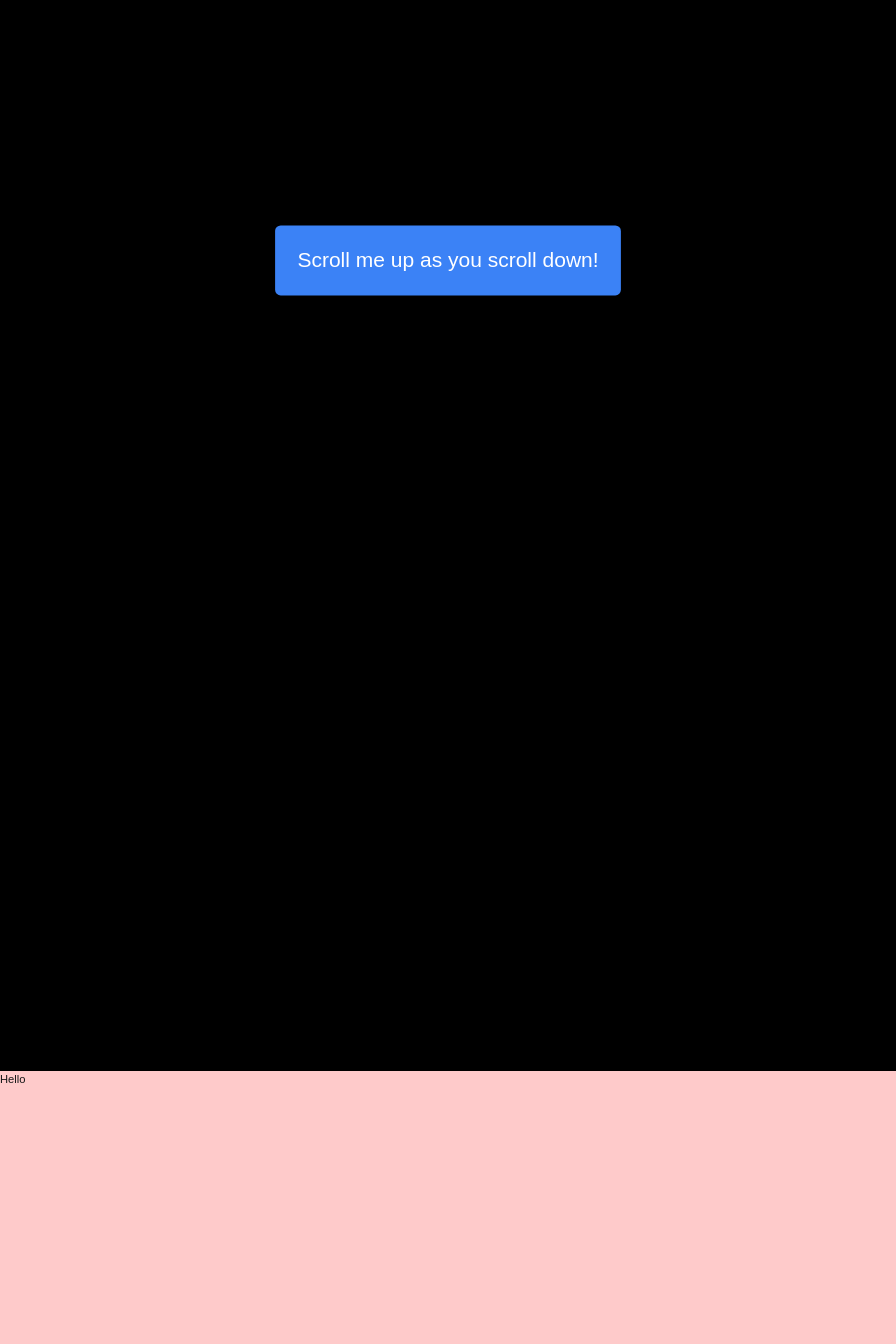
Repository: TMuse333/focus-flow2
Page: / (app in frontend/)
An editor plug-in stored every save of this project. The page is shown before and after a run of saves, followed by the edit.
The browser window is 1280 px wide. The pictures show the part of the page from y = 470 to 2390 px (the page is 2720 px tall before and 1592 px after), at 70% of full size.
The project was rebuilt for these pictures with package versions that can differ from the ones it lists, and the page was loaded fresh each time. The framework's server and built-in components were replaced by stand-ins that run in the browser. Also part of the build but not shown: frontend/next.config.ts.

Above is the page before, as saved 2025-02-25 17:51:59.

### frontend/src/app/page.tsx
import Homepage from "@/pageComponents/homepage";
import Image from "next/image";

export default function Home() {
  return (
  <Homepage/>
  );
}

### frontend/src/pageComponents/homepage.tsx
import PlaceHolder from "@/components/contentPieces/placeHolder";
import Herobanner from "@/components/herobanner/herobanner";
import React from "react";

const Homepage = () => {


    return (
        <main className="w-screen
        ">
              {/* <PlaceHolder/> */}
            <Herobanner/>

            <PlaceHolder/>

        </main>
    )
}

export default Homepage

### frontend/src/components/contentPieces/placeHolder.tsx
import React from "react"


const PlaceHolder = () => {


    return (
        <div className="h-screen w-screen
        bg-red-200">
            Hello
        </div>
    )
}

export default PlaceHolder

### frontend/src/components/herobanner/herobanner.tsx
"use client";

import React, { useState, useEffect, useRef } from "react";

const ScrollTranslateContainer = () => {
    const containerRef = useRef(null);
    const [scrollPosition, setScrollPosition] = useState(0);

    useEffect(() => {
        const handleScroll = () => {
            setScrollPosition(window.scrollY);
        };

        // Listen for the scroll event
        window.addEventListener("scroll", handleScroll);

        return () => {
            // Clean up the event listener when the component is unmounted
            window.removeEventListener("scroll", handleScroll);
        };
    }, []);

    // Calculate the translation amount, ensuring it doesn't go beyond 1000px
    const translateY = Math.min(scrollPosition, 1000);

    return (
        <div
            ref={containerRef}
            className="w-full h-[2000px] bg-black text-white"
            style={{
                transform: `translateY(-${translateY}px)`, // Translate container upwards as you scroll
                transition: "transform 0.1s ease-out", // Smooth transition
            }}
        >
            <div className="p-8 bg-blue-500 text-xl font-bold text-center">
                This is the top of the container (text will stay visible as container moves).
            </div>

            <div className="flex justify-center items-center h-[1500px]">
                <div className="p-8 bg-blue-500 text-white rounded-lg shadow-lg">
                    <h2 className="text-3xl">Scroll me up as you scroll down!</h2>
                </div>
            </div>
        </div>
    );
};

export default ScrollTranslateContainer;

Loaded but not shown: frontend/src/app/layout.tsx (common file); frontend/src/app/globals.css (common file); frontend/tailwind.config.ts (common file)

After the next 2 saves:
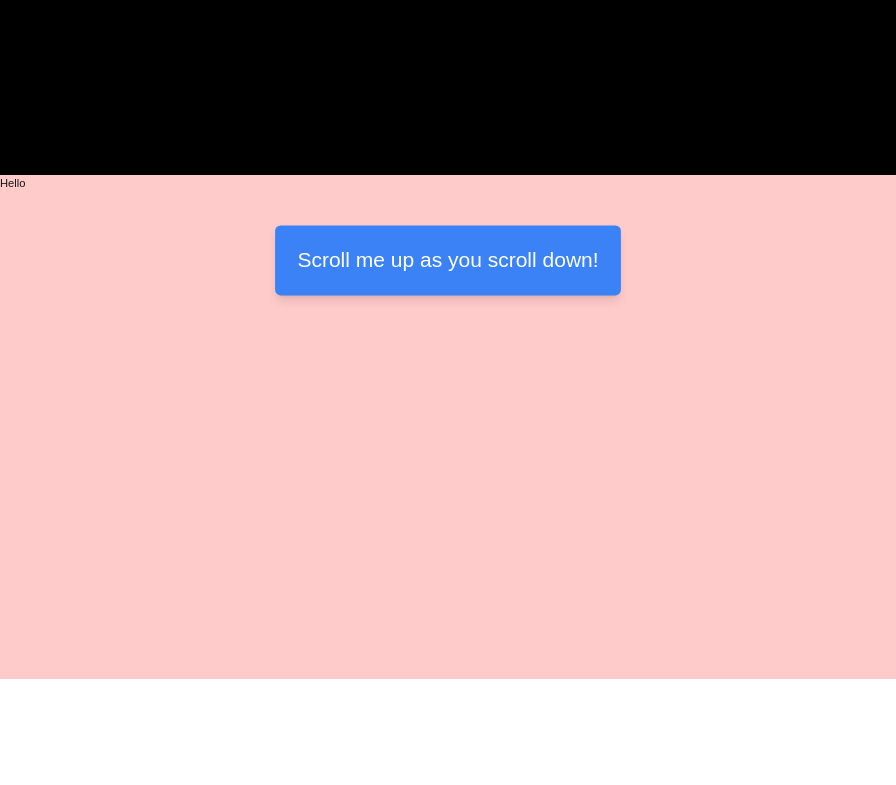
The 2 saves are shown as one change because they came seconds apart.
The last was saved 20 s later.
--- a/frontend/src/components/herobanner/herobanner.tsx
+++ b/frontend/src/components/herobanner/herobanner.tsx
@@ -26,7 +26,7 @@
     return (
         <div
             ref={containerRef}
-            className="w-full h-[2000px] bg-black text-white"
+            className="w-full h-screen bg-black text-white"
             style={{
                 transform: `translateY(-${translateY}px)`, // Translate container upwards as you scroll
                 transition: "transform 0.1s ease-out", // Smooth transition
